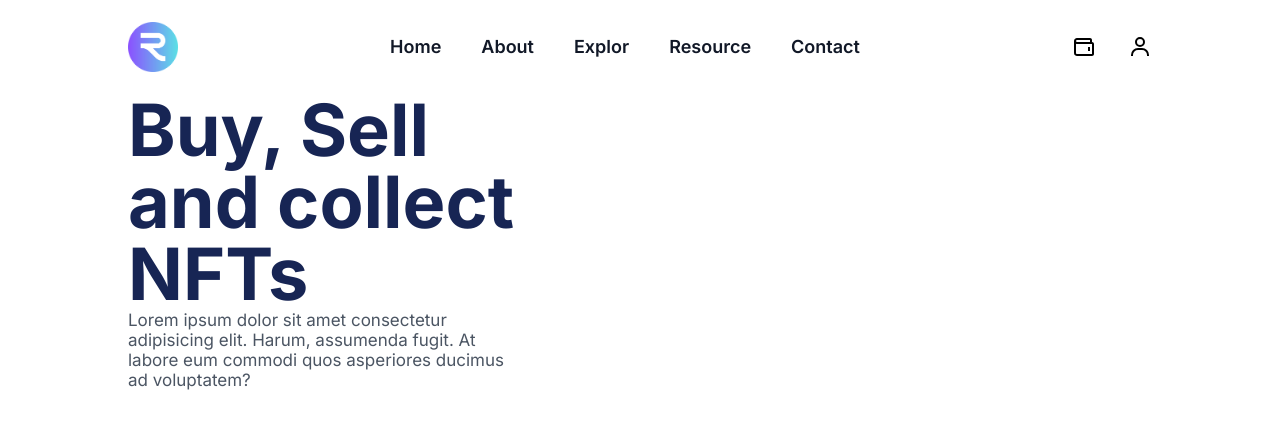
Repository: longblue2910/rimdasilva-ui
Page: /
An editor plug-in stored every save of this project. The page is shown before and after the next save, followed by the edit.
The browser window is 1280 px wide. The pictures show the whole page.
The project was rebuilt for these pictures with package versions that can differ from the ones it lists, and the page was loaded fresh each time. The framework's server and built-in components were replaced by stand-ins that run in the browser. Also part of the build but not shown: next.config.mjs.

Above is the page before, as saved 2024-08-09 16:23:51.

### app/layout.tsx
import type { Metadata } from "next";
import { Inter } from "next/font/google";
import "./globals.css";
import ReponsiveNav from "@/components/Home/Navbar/ReponsiveNav";

const inter = Inter({ subsets: ["vietnamese"] });

export const metadata: Metadata = {
  title: "Rimdasilva Dev Blog",
  description: "Rimdasilva Dev Blog",
};

export default function RootLayout({
  children,
}: Readonly<{
  children: React.ReactNode;
}>) {
  return (
    <html lang="en">
      <body className={inter.className}>
        <ReponsiveNav />
        {children}
      </body>
    </html>
  );
}

### app/page.tsx
import Home from "@/components/Home/Home";

const HomePage = () => {
  return (
    <div>
      <Home />
    </div>
  );
};

export default HomePage;

### components/Home/Navbar/ReponsiveNav.tsx
"use client";

import React, { useState } from "react";
import Nav from "./Nav";
import MobileNav from "./MobileNav";

const ReponsiveNav = () => {
  const [showNav, setShowNav] = useState(false);
  const showNavHandler = () => setShowNav(true);
  const closeNavHandler = () => setShowNav(false);

  return (
    <>
      <Nav openNav={showNavHandler} />
      <MobileNav nav={showNav} closeNav={closeNavHandler} />
    </>
  );
};

export default ReponsiveNav;

### components/Home/Home.tsx
import React from "react";
import Hero from "./Hero/Hero";

const Home = () => {
  return (
    <div>
      <Hero />
    </div>
  );
};

export default Home;

### components/Home/Navbar/Nav.tsx
import { navLinks } from "@/constant/Constant";
import Image from "next/image";
import Link from "next/link";
import React from "react";
import { BiUser, BiWallet } from "react-icons/bi";
import { FaBars } from "react-icons/fa";

type Props = {
  openNav: () => void;
};

const Nav = ({ openNav }: Props) => {
  return (
    <div className="w-full h-[13vh]">
      <div className="w-[95%] sm:w-[85%] md:w-[80%] h-full mx-auto flex items-center justify-between">
        {/* Logo */}
        <Image
          src="/images/logo.png"
          alt="Logo"
          width={50}
          objectFit="cover"
          height={50}
        />

        {/* Nav Links */}
        <div className="lg:flex hidden items-center space-x-10">
          {navLinks.map((link) => {
            return (
              <Link href={link.url} key={link.id}>
                <p className="text-lg font-semibold cursor-pointer hover:text-blue-800 transition-all duration-200 text-gray-900">
                  {link.label}
                </p>
              </Link>
            );
          })}
        </div>

        {/* Icons */}
        <div className="flex items-center space-x-8">
          <BiWallet className="w-6 h-6 cursor-pointer hover:text-red-600 " />
          <BiUser className="w-6 h-6 cursor-pointer hover:text-red-600 " />
          <FaBars
            onClick={openNav}
            className="lg:hidden w-6 h-6 cursor-pointer hover:text-red-600 "
          />
        </div>
      </div>
    </div>
  );
};

export default Nav;

### components/Home/Navbar/MobileNav.tsx
import { navLinks } from "@/constant/Constant";
import Image from "next/image";
import Link from "next/link";
import React from "react";
import { BiX } from "react-icons/bi";

type Props = {
  nav: boolean;
  closeNav: () => void;
};

const MobileNav = ({ closeNav, nav }: Props) => {
  const reponsiveNav = nav ? "translate-x-0" : "translate-x-[-100%]";

  return (
    <div
      className={`transform ${reponsiveNav} transition-all duration-500 fixed top-0 left-0 z-[200] h-[100vh] right-0 bottom-0 bg-[#f3ff6b]`}
    >
      {/* Logo */}
      <div>
        <BiX
          onClick={closeNav}
          className="w-8 h-8 absolute top-[2rem] text-black z-[202] right-[2rem]"
        />
      </div>
      {/* Nav Links */}
      <div className="relative z-[201] space-y-12 flex flex-col items-center justify-center h-[60%]">
        {navLinks.map((link) => {
          return (
            <Link href={link.url} key={link.id}>
              <p className="text-2xl font-semibold cursor-pointer hover:text-blue-800 transition-all duration-200 text-gray-900">
                {link.label}
              </p>
            </Link>
          );
        })}
      </div>
    </div>
  );
};

export default MobileNav;

### components/Home/Hero/Hero.tsx
import React from "react";

const Hero = () => {
  return (
    <div className="h-cal[100vh-13vh] w-full flex justify-center flex-col">
      <div className="w-4/5 mx-auto items-center grid grid-cols-1 lg:grid-cols-5 gap-8">
        {/* Text content */}
        <div className="col-span-2">
          <h1 className="text-2xl sm:text-4xl lg:text-5xl xl:text-7xl text-blue-950 font-bold">
            Buy, Sell and collect NFTs
          </h1>
          <p className="text-sm md:text-[17px] text-gray-600">
            Lorem ipsum dolor sit amet consectetur adipisicing elit. Harum,
            assumenda fugit. At labore eum commodi quos asperiores ducimus ad
            voluptatem?
          </p>
        </div>
        {/* Image */}
      </div>
    </div>
  );
};

export default Hero;

### constant/Constant.ts
export const navLinks = [
  {
    id: 1,
    url: "#",
    label: "Home",
  },
  {
    id: 2,
    url: "#",
    label: "About",
  },
  {
    id: 3,
    url: "#",
    label: "Explor",
  },
  {
    id: 4,
    url: "#",
    label: "Resource",
  },
  {
    id: 5,
    url: "#",
    label: "Contact",
  },
];

Loaded but not shown: app/globals.css (common file); tailwind.config.ts (common file)

After the next save:
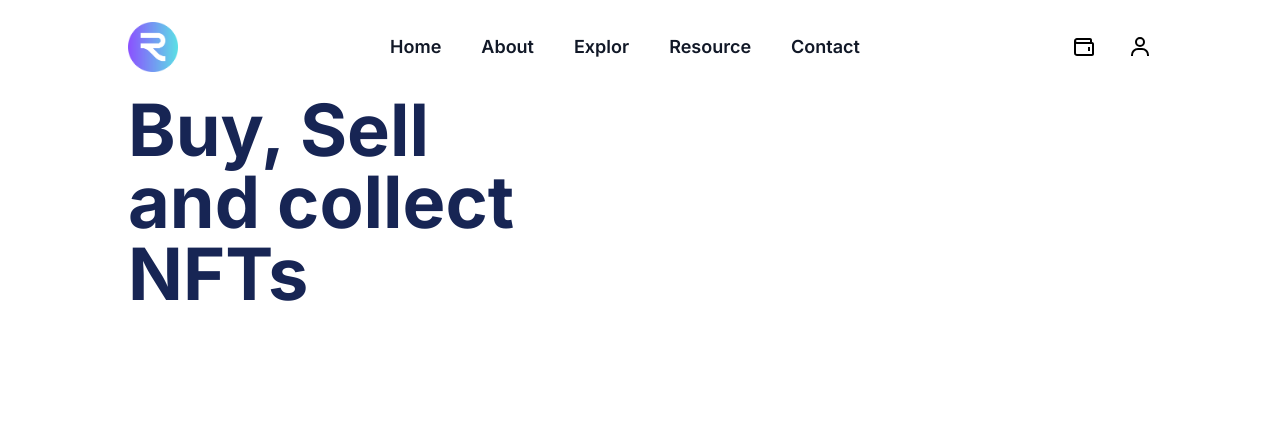
Saved 39 min 43 s later.
--- a/components/Home/Hero/Hero.tsx
+++ b/components/Home/Hero/Hero.tsx
@@ -9,7 +9,7 @@ const Hero = () => {
           <h1 className="text-2xl sm:text-4xl lg:text-5xl xl:text-7xl text-blue-950 font-bold">
             Buy, Sell and collect NFTs
           </h1>
-          <p className="text-sm md:text-[17px] text-gray-600">
+          <p className="text-sm md:text-[17px] text-gray-600 text-opacity-0">
             Lorem ipsum dolor sit amet consectetur adipisicing elit. Harum,
             assumenda fugit. At labore eum commodi quos asperiores ducimus ad
             voluptatem?
